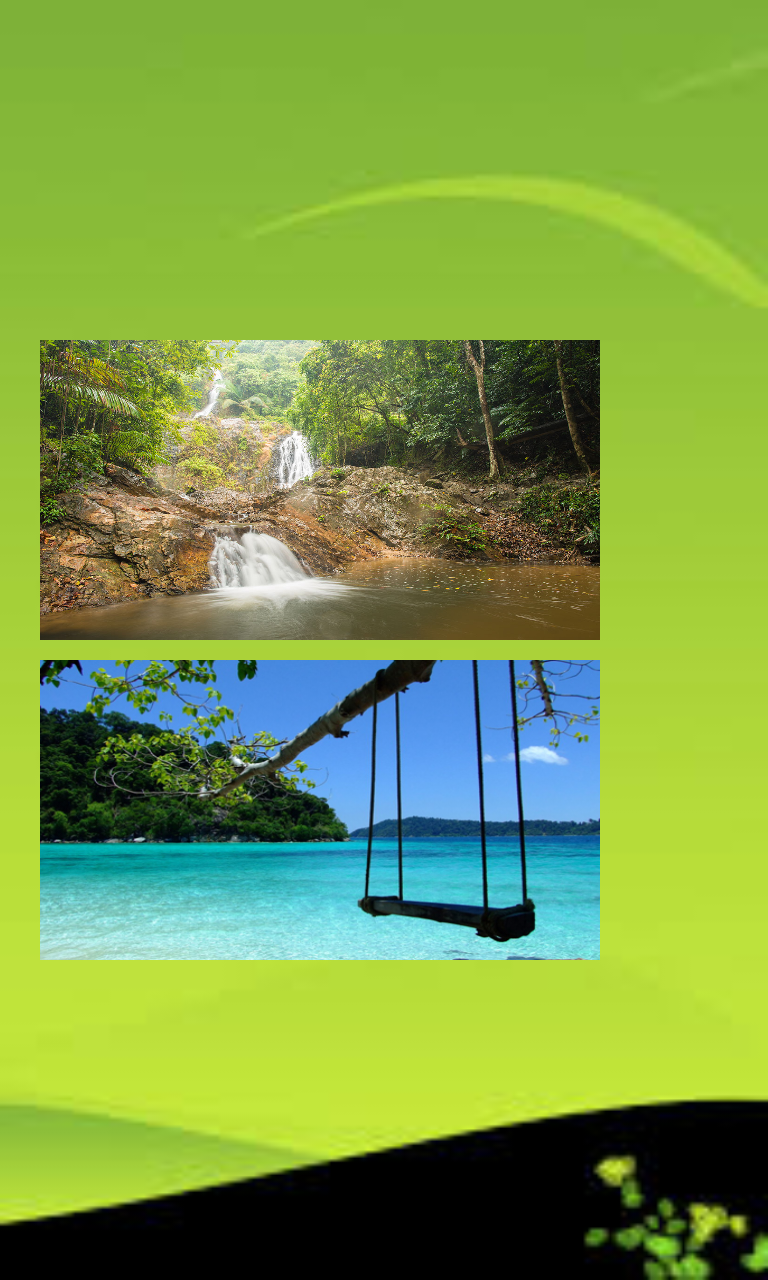
Repository: SettawutSomboon/SouthNationalPark
Layout: SouthNationalParkTravel/SouthNationalPark/res/layout/category_con.xml
An editor plug-in stored every save of this project. The layout is shown before and after the next save, followed by the edit.
It is drawn on a 768 x 1280 px phone screen (xhdpi) without system bars, with theme AppTheme; the app's code is not run.

Above is the layout before, as saved 2015-03-02 17:31:31.

After the next save:
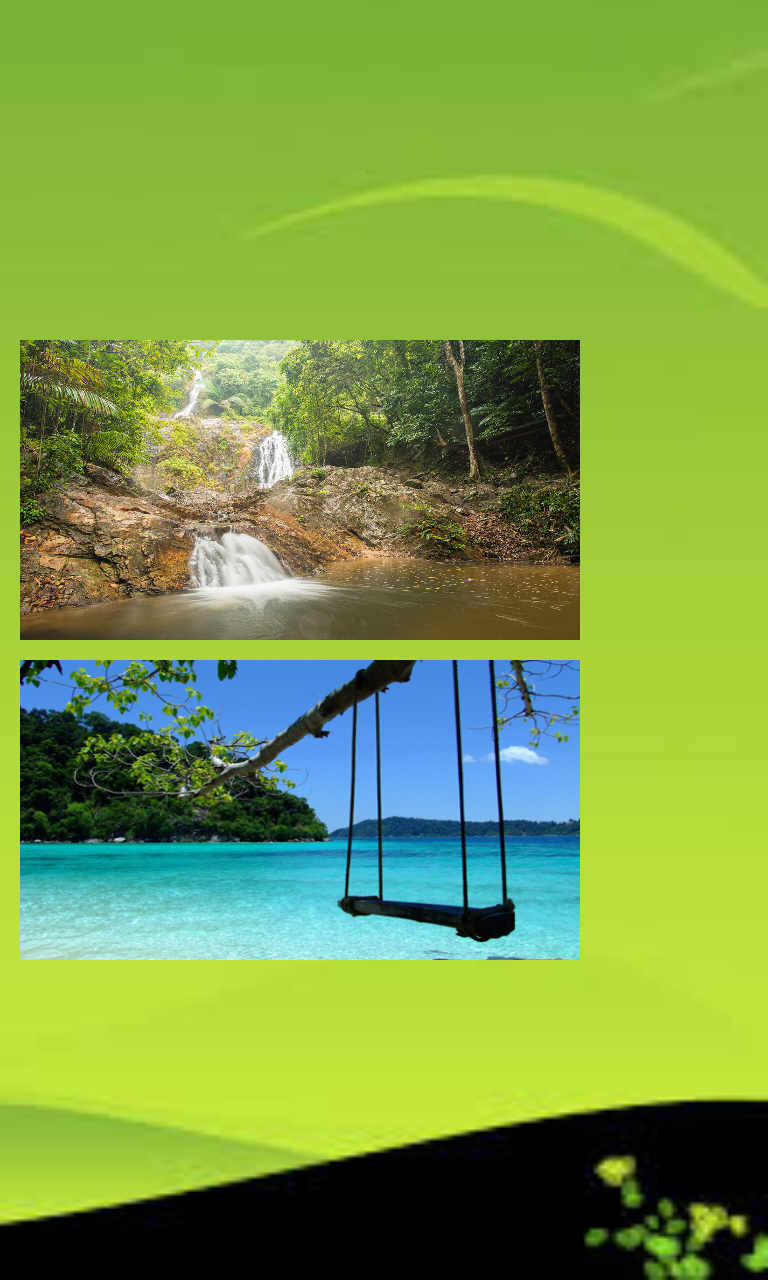
Saved 2 min 2 s later.
--- a/SouthNationalParkTravel/SouthNationalPark/res/layout/category_con.xml
+++ b/SouthNationalParkTravel/SouthNationalPark/res/layout/category_con.xml
@@ -2,15 +2,13 @@
 <RelativeLayout xmlns:android="http://schemas.android.com/apk/res/android"
     android:layout_width="match_parent"
     android:layout_height="match_parent"
-    android:layout_gravity="center_horizontal"
+    android:layout_gravity="center_vertical"
     android:background="@drawable/images" >
 
         <LinearLayout
         android:id="@+id/li"
         android:layout_width="match_parent"
         android:layout_height="wrap_content"
-        android:layout_marginLeft="10dp"
-        android:layout_marginRight="10dp"
         android:orientation="vertical"
         android:layout_centerVertical="true">
 
